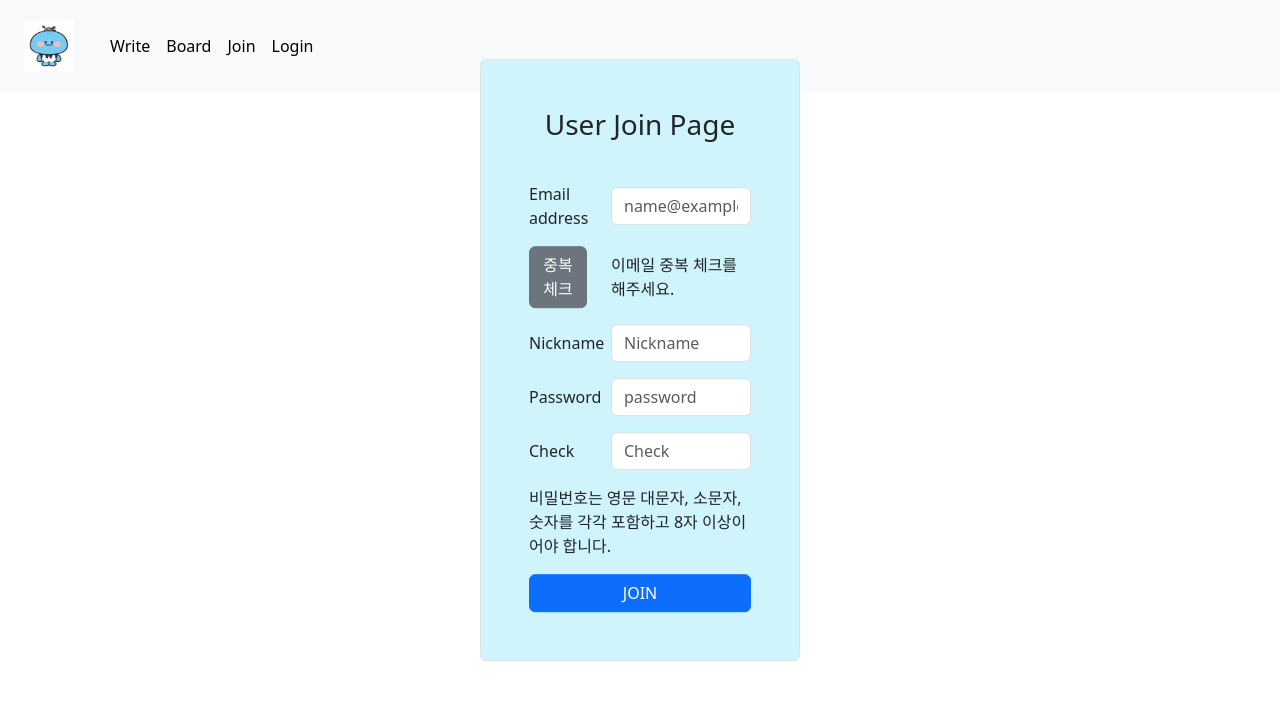
Repository: LeeYouHyeon/6.Spring
Page: http://localhost/spring_project/WEB-INF/views/user/register.jsp
The author's editor kept a copy of each file at every save. The page is drawn from the files as they stood at one save, then again after the next save.
The browser window is 1280 px wide. The pictures show the whole page.
The page is served by Tomcat 9. Nobody is signed in. Other server files are loaded and not shown. The template is opened directly, without the code that normally fills it, so the values that code supplies are empty.

Above is the page before, as saved 2025-06-11 01:36:22.
Console error: TypeError: Cannot read properties of null (reading 'addEventListener')

### spring_project/src/main/webapp/WEB-INF/views/user/register.jsp
<%@ page language="java" contentType="text/html; charset=UTF-8" pageEncoding="UTF-8"%>
<%@ include file="../layout/header.jsp"%>
<%@ taglib uri="http://java.sun.com/jsp/jstl/core" prefix="c"%>

<div class="w-25 position-absolute top-50 start-50 translate-middle p-5 border rounded bg-info-subtle">
	<form action="/user/register" method="post">
		<h3 class="text-center">User Join Page</h3>
		<div class="mt-4 mb-3 row align-items-center">
			<div class="col-12 text-center" id="feedback">

			</div>
		</div>
		<div class="mb-3 row align-items-center">
			<div class="col-4">Email address</div>
			<div class="col-8">
				<input type="text"
					class="form-control"
					id="email"
					name="email"
					placeholder="name@example.com"
					required>
			</div>
		</div>
		<div class="mb-3 row align-items-center">
			<div class="col-4">
				<button type="button" id="emailCheckBtn" class="btn btn-secondary">중복 체크</button>
			</div>
			<div class="col-8" id="emailCheckStmt">이메일 중복 체크를 해주세요.</div>
		</div>

		<div class="mb-3 row align-items-center">
			<div class="col-4">Nickname</div>
			<div class="col-8">
				<input type="text"
					class="form-control"
					id="nickName"
					name="nickName"
					placeholder="Nickname">
			</div>
		</div>

		<div class="mb-3 row align-items-center">
			<div class="col-4">Password</div>
			<div class="col-8">
				<input type="text"
					class="form-control"
					id="pwd"
					name="pwd"
					placeholder="password"
					required>
			</div>
		</div>
		<div class="mb-3 row align-items-center">
			<div class="col-4">Check</div>
			<div class="col-8">
				<input type="password"
					class="form-control"
					id="pwdCheck"
					placeholder="Check"
					required>
			</div>
		</div>
		<div class="mb-3">비밀번호는 영문 대문자, 소문자, 숫자를 각각 포함하고 8자 이상이어야 합니다.</div>
		<button type="button" class="btn btn-primary w-100" id="joinBtn">JOIN</button>
	</form>

	<script type="text/javascript" src="/resources/js/userRegister.js"></script>
</div>

<%@ include file="../layout/footer.jsp"%>

### spring_project/src/main/webapp/WEB-INF/views/layout/header.jsp
<%@ page language="java" contentType="text/html; charset=UTF-8" pageEncoding="UTF-8"%>
<%@ taglib uri="http://java.sun.com/jsp/jstl/core" prefix="c" %>
<%@ taglib uri="http://www.springframework.org/security/tags" prefix="sec" %>
<!DOCTYPE html>
<html>
<head>
<meta charset="UTF-8">
<title>Spring Project</title>
<link rel="stylesheet" href="/resources/dist/css/bootstrap.min.css">
<script type="text/javascript" src="/resources/dist/js/bootstrap.bundle.min.js"></script>
</head>
<body>
	<nav class="navbar navbar-expand-lg bg-body-tertiary">
		<div class="container-fluid">
			<nav class="navbar bg-body-tertiary">
				<div class="container">
					<a class="navbar-brand" href="/">
						<img src="/resources/image/logo.jpg" alt="Bootstrap" width="50" height="50">
					</a>
				</div>
			</nav>
			<button class="navbar-toggler"
				type="button"
				data-bs-toggle="collapse"
				data-bs-target="#navbarSupportedContent"
				aria-controls="navbarSupportedContent"
				aria-expanded="false"
				aria-label="Toggle navigation">
				<span class="navbar-toggler-icon"></span>
			</button>
			<div class="collapse navbar-collapse" id="navbarSupportedContent">
				<ul class="navbar-nav me-auto mb-2 mb-lg-0">
					<li class="nav-item">
						<a class="nav-link active" aria-current="page" href="/board/register">Write</a>
					</li>
					<li class="nav-item">
						<a class="nav-link active" aria-current="page" href="/board/list">Board</a>
					</li>
					<sec:authorize access="isAnonymous()">
						<li class="nav-item">
							<a class="nav-link active" aria-current="page" href="/user/register">Join</a>
						</li>
						<li class="nav-item">
							<a class="nav-link active" aria-current="page" href="/user/login">Login</a>
						</li>
					</sec:authorize>
					<sec:authorize access="isAuthenticated()">
						<!-- 인증객체가 만들어진 상태(로그인) -->
						<!-- 인증 객체를 가져오기 => 현재 로그인 정보 : property="principal" -->
						<sec:authentication property="principal" var="pri"/>
						<li class="nav-item">
							<form action="/user/logout" method="post" id="logoutForm">
								<a class="nav-link active" aria-current="page" id="logoutLink">Logout</a>
							</form>
						</li>
						<li class="nav-item">
							<a class="nav-link active" aria-current="page" href="#">UserInfo</a>
						</li>
						<c:if test="${pri.uvo.authList.stream().anyMatch(a -> a.auth.equals('ROLE_ADMIN')).get()}">
						<li class="nav-item">
							<a class="nav-link active" aria-current="page" href="#">UserList</a>
						</li>
						</c:if>
					</sec:authorize>
				</ul>
			</div>
		</div>
	</nav>

	<script type="text/javascript">
		document.getElementById('logoutLink').addEventListener('click', e => {
			  e.preventDefault();
			  document.getElementById('logoutForm').submit();
		});
	</script>

### spring_project/src/main/webapp/WEB-INF/views/layout/footer.jsp
<%@ page language="java" contentType="text/html; charset=UTF-8"
	pageEncoding="UTF-8"%>

<div class="text-center">2025 Spring Project... by 이유현</div>
</body>
</html>

### spring_project/src/main/webapp/resources/js/userRegister.js
/**
 *
 */

const [email, nickName, pwd, pwdCheck, emailArea, feedback, joinBtn, pwdCheckArea] = [
  "email", "nickName", "pwd", "pwdCheck", "emailCheckStmt", "feedback", "joinBtn", "pwdCheckArea"
].map(e => document.getElementById(e));

// 이메일 중복 체크(비동기)
let emailResult = undefined;
email.onchange = setEmailUndefined;
document.getElementById('emailCheckBtn').addEventListener('click', () => {
  const emailValue = email.value;
  if (emailResult != undefined || emailValue == '') return;

  isRegistered(emailValue).then(result => {
    if (result == '0') setEmailSuccess();
    else setEmailFail();
  }).catch(console.log);
});

async function isRegistered(emailValue) {
  try {
    const response = await fetch(`/user/check/${emailValue}`);
    const result = await response.text();
    return result;
  } catch (error) {
    console.log(error);
  }
}

function setEmailUndefined() {
  emailResult = undefined;
  emailArea.innerText = '이메일 중복 체크를 해주세요.';
  emailArea.style.color = 'black';
}
function setEmailSuccess() {
  emailResult = true;
  emailArea.innerText = '사용 가능한 이메일입니다.';
  emailArea.style.color = 'green';
}
function setEmailFail() {
  emailResult = false;
  emailArea.innerText = '사용중인 이메일입니다.';
  emailArea.style.color = 'red';
}

// 비밀번호 확인
let pwdResult = 0;
pwd.onchange = passCheck;
pwdCheck.onchange = passCheck;
function passCheck() {
  const [pwdInput, pwdCheckInput] = [pwd, pwdCheck].map(e => e.value);

  if (pwdInput == '' && pwdCheckInput == '') {
    pwdResult = 0;
    pwdCheckArea.innerText = 'Password Required';
  } else if (pwdInput.length < 8 || !/[a-z]/.test(pwdInput) || !/[A-Z]/.test(pwdInput) || !/[0-9]/.test(pwdInput)) {
    pwdResult = 1;
    pwdCheckArea.innerText = 'Invalid Password';
  } else if (pwdInput != pwdCheckInput) {
    pwdResult = 1;
    pwdCheckArea.innerText = 'Password Match Failed';
  } else {
    pwdResult = 2;
    pwdCheckArea.innerText = 'Valid';
  }

  pwdCheckArea.style.color = ['black', 'red', 'green'][pwdResult];
}

// 최종 제출
joinBtn.onclick = () => {

  if (emailResult != true) email.focus();
  else if (pwdResult < 2) pwd.focus();
  else if (nickName.value == '') nickName.focus();
  else document.getElementById('registerForm').submit();
}

Loaded but not shown: spring_project/src/main/webapp/resources/dist/css/bootstrap.min.css (library); spring_project/src/main/webapp/resources/dist/js/bootstrap.bundle.min.js (library)

After the next save:
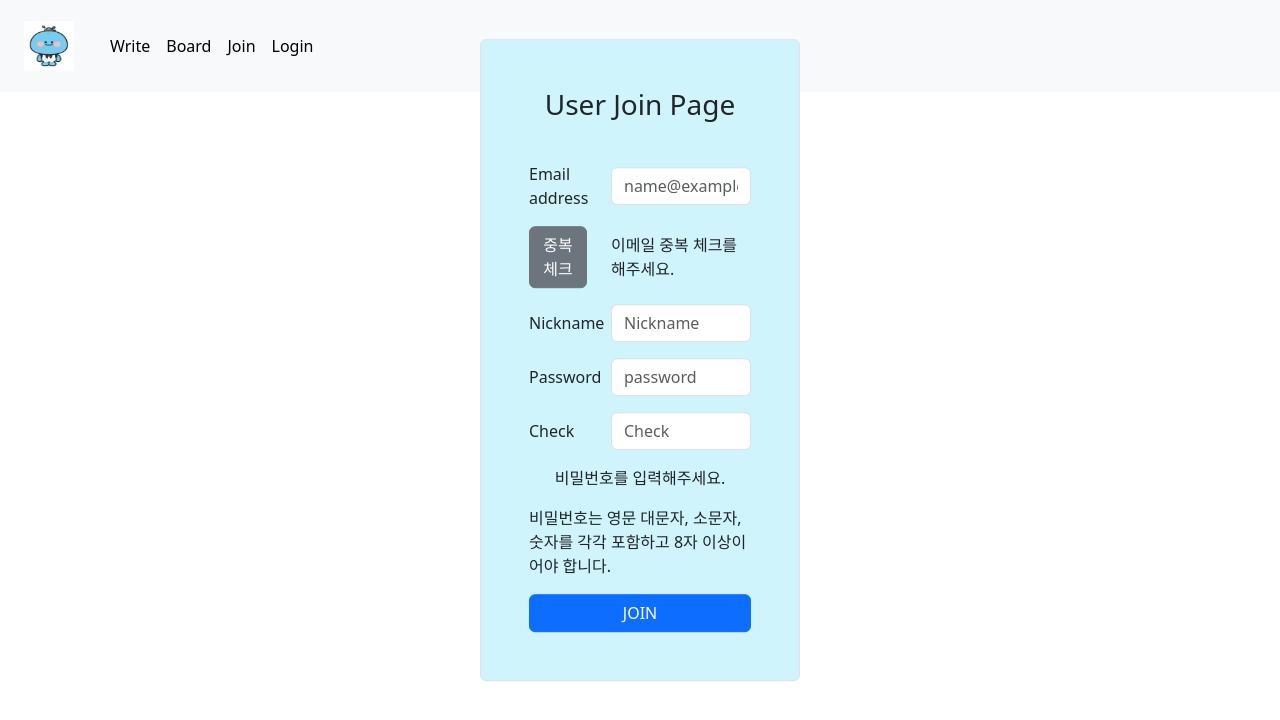
Saved 24 min 37 s later.
--- a/spring_project/src/main/webapp/WEB-INF/views/user/register.jsp
+++ b/spring_project/src/main/webapp/WEB-INF/views/user/register.jsp
@@ -60,6 +60,9 @@
 					required>
 			</div>
 		</div>
+		<div class="mb-3 row align-items-center">
+			<div class="col-12 text-center">비밀번호를 입력해주세요.</div>
+		</div>
 		<div class="mb-3">비밀번호는 영문 대문자, 소문자, 숫자를 각각 포함하고 8자 이상이어야 합니다.</div>
 		<button type="button" class="btn btn-primary w-100" id="joinBtn">JOIN</button>
 	</form>
